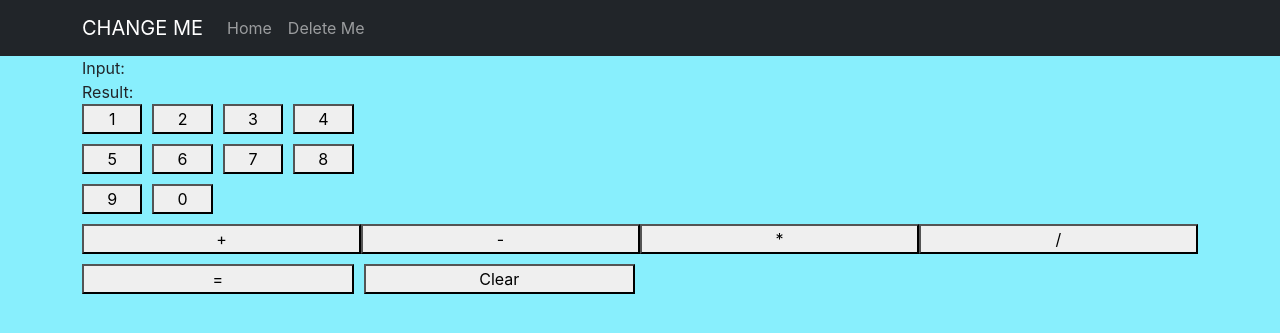
Repository: jgramirez0210/calculator-react
Page: /
An editor plug-in stored every save of this project. The page is shown before and after a run of saves, followed by the edit.
The browser window is 1280 px wide. The pictures show the whole page.
The project was rebuilt for these pictures with package versions that can differ from the ones it lists, and the page was loaded fresh each time. The framework's server and built-in components were replaced by stand-ins that run in the browser. Also part of the build but not shown: next.config.js.

Above is the page before, as saved 2024-01-09 20:26:59.

After the next 3 saves:
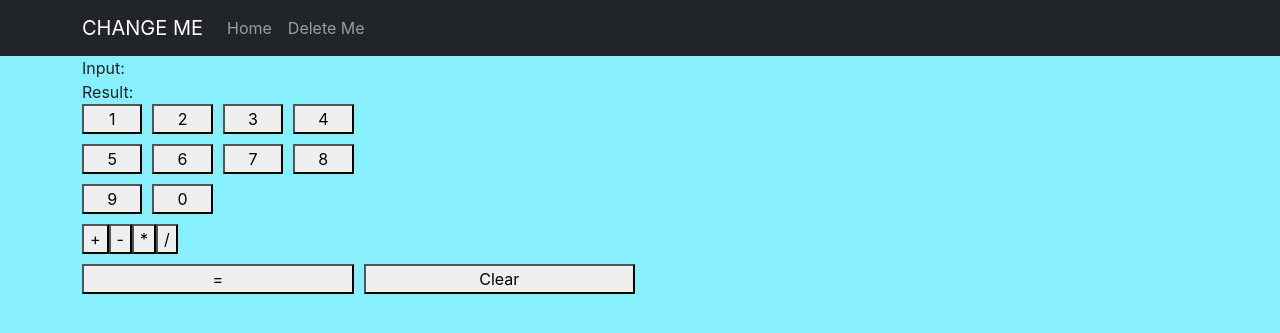
The 3 saves are shown as one change because they came seconds apart.
The last was saved 8 s later.
--- a/styles/globals.css
+++ b/styles/globals.css
@@ -32,7 +32,6 @@ body {
   gap: 10px;
 }
 .calculator-operators {
-  grid-column: span 4; /* Operator buttons span all 4 columns */
-  display: grid;
-  grid-template-columns: repeat(4, 1fr); /* Creates a nested 4-column layout for operators */
+  grid-column: span 4;
+  grid-template-columns: repeat(4, 1fr);
 }
